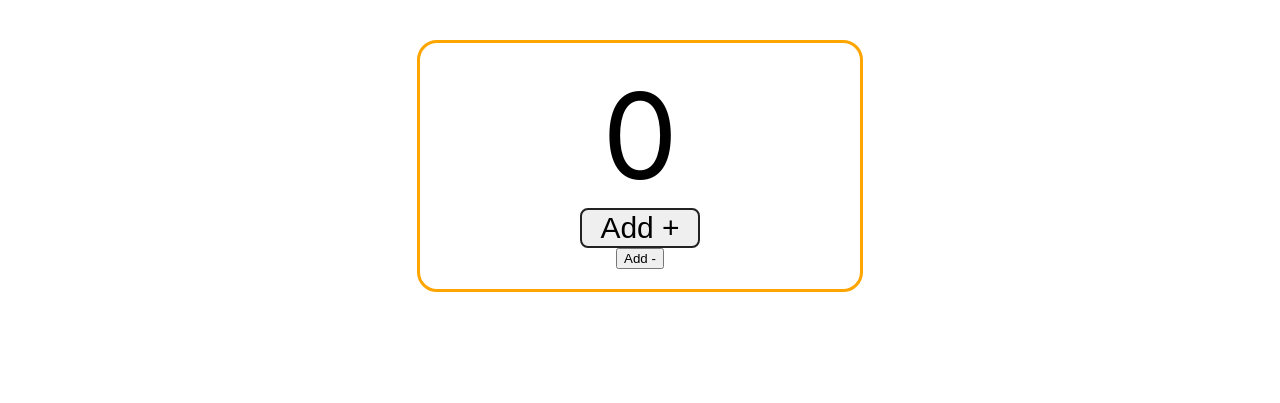
Repository: dnjfht/css-example
Page: /
An editor plug-in stored every save of this project. The page is shown before and after the next save, followed by the edit.
The browser window is 1280 px wide. The pictures show the whole page.
The project was rebuilt for these pictures with package versions that can differ from the ones it lists, and the page was loaded fresh each time.

Above is the page before, as saved 2023-05-09 18:47:27.

### src/App.js
import React, { useState } from "react";
import Counter from "./components/Counter";

export default function App() {
  const [count, setCount] = useState(0);
  return (
    <div>
      <Counter count={count} setCount={setCount} />
    </div>
  );
}

### src/components/Counter.jsx
import React from "react";

export default function Counter({ count, setCount }) {
  const handleClickCountUp = () => {
    setCount(count + 1);
  };

  const handleClickCountDown = () => {
    if (count > 0) setCount(count - 1);
  };

  return (
    <div
      style={{
        width: 400,
        padding: 20,
        margin: "40px auto",
        border: "3px solid orange",
        borderRadius: 20,
        display: "flex",
        flexDirection: "column",
        alignItems: "center",
      }}
    >
      <span style={{ fontSize: 120 }}>{count}</span>
      <button
        style={{
          width: 120,
          height: 40,
          border: "2px solid #222",
          borderRadius: 8,
          fontSize: 30,
        }}
        onClick={handleClickCountUp}
      >
        Add +
      </button>
      <button onClick={handleClickCountDown}>Add -</button>
    </div>
  );
}

Loaded but not shown: public/index.html (common file); src/index.js (common file); src/index.css (common file); src/reportWebVitals.js (common file)

After the next save:
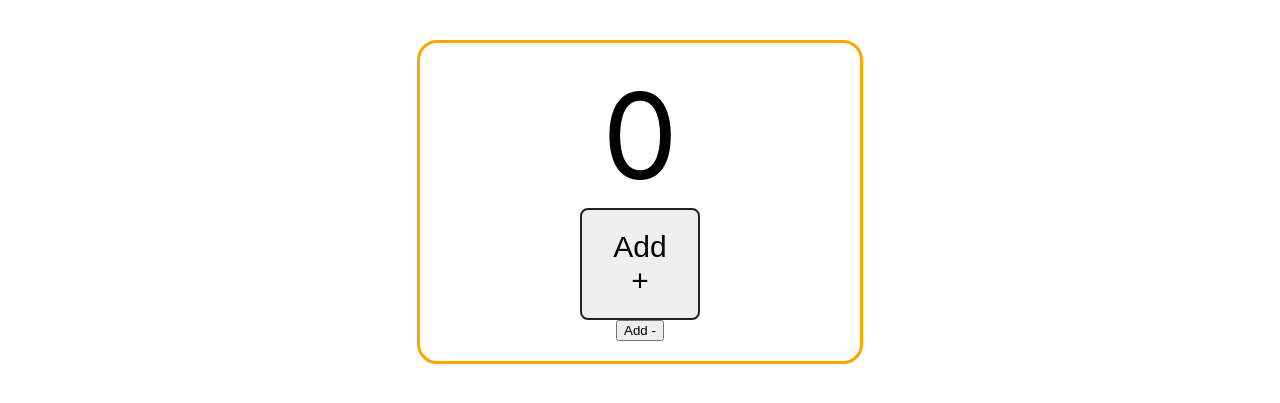
Saved 10 s later.
--- a/src/components/Counter.jsx
+++ b/src/components/Counter.jsx
@@ -26,7 +26,8 @@ export default function Counter({ count, setCount }) {
       <button
         style={{
           width: 120,
-          height: 40,
+          padding: 20,
+
           border: "2px solid #222",
           borderRadius: 8,
           fontSize: 30,
